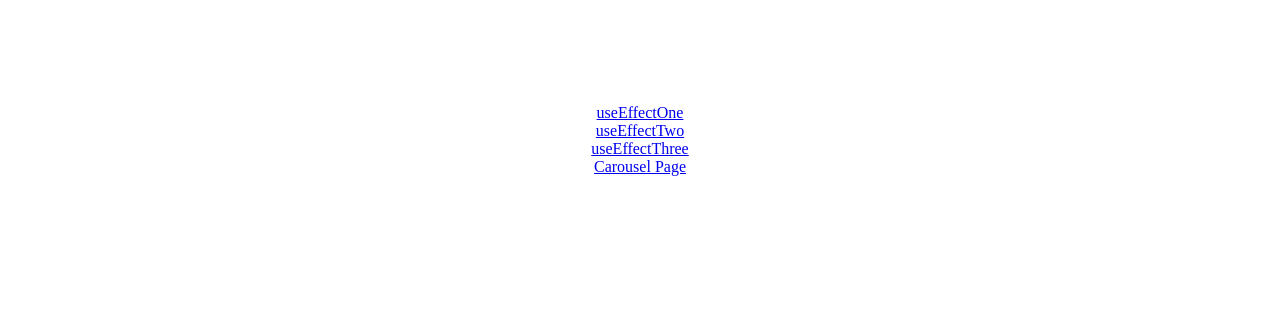
Repository: jennydmcm/useeffect-carousel
Page: /
These files come from the project's save history. The page is drawn as it stood at one moment and after a run of saves; the edit follows.
The browser window is 1280 px wide. The pictures show the whole page.
The project was rebuilt for these pictures with package versions that can differ from the ones it lists, and the page was loaded fresh each time. The framework's server and built-in components were replaced by stand-ins that run in the browser. Also part of the build but not shown: next.config.js.

Above is the page before, as saved 2023-02-23 18:30:46.

### pages/index.js
import Head from 'next/head'
import styles from '@/styles/Home.module.css'
import Link from 'next/link'

export default function Home() {
  return (
    <>
      <Head>
        <title>Create Next App</title>
        <meta name="description" content="Generated by create next app" />
        <meta name="viewport" content="width=device-width, initial-scale=1" />
        <link rel="icon" href="/favicon.ico" />
      </Head>
      <main className={styles.main}>
        <Link className={styles.link} href="/useEffectOne">useEffectOne</Link>
        <Link className={styles.link} href="/useEffectTwo">useEffectTwo</Link>
        <Link className={styles.link} href="/useEffectThree">useEffectThree</Link>
        <Link className={styles.link} href="/carouselPage">Carousel Page</Link>
      </main>
    </>
  )
}

### styles/Home.module.css
.main {
  display: flex;
  flex-direction: column;
  justify-content: space-between;
  align-items: center;
  padding: 6rem;
  min-height: 100#;
}

Loaded but not shown: pages/_app.js (common file); pages/_document.js (common file); styles/globals.css (common file)

After the next 2 saves:
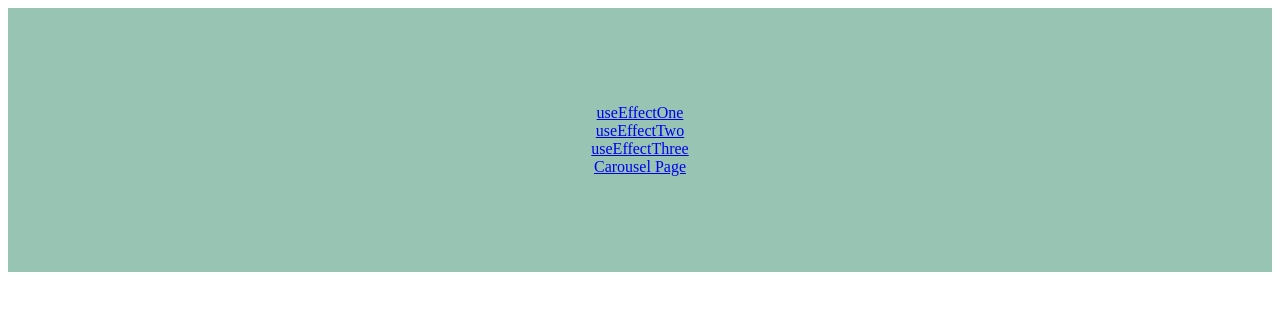
The 2 saves are shown as one change because they came seconds apart.
The last was saved 7 s later.
--- a/styles/Home.module.css
+++ b/styles/Home.module.css
@@ -4,5 +4,6 @@
   justify-content: space-between;
   align-items: center;
   padding: 6rem;
-  min-height: 100#;
+  min-height: 100%;
+  background-color: #97C4B3;
 }
